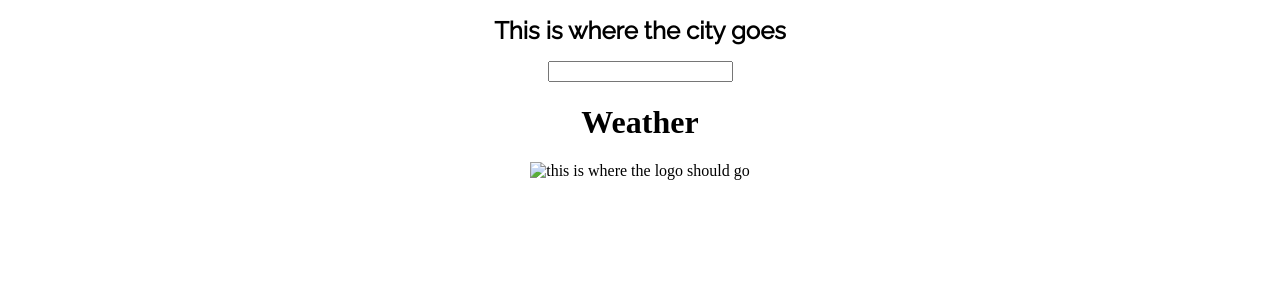
Repository: Juliolikescoding/js_weather
Page: index.html
These files come from the project's save history. The page is drawn as it stood at one moment and after the next save; the edit follows.
The browser window is 1280 px wide. The pictures show the whole page.

Above is the page before, as saved 2018-05-22 20:22:50.

### index.html
<!DOCTYPE html>
<html lang="en">
<head>
    <meta charset="UTF-8">
    <meta name="viewport" content="width=device-width, initial-scale=1.0">
    <meta http-equiv="X-UA-Compatible" content="ie=edge">
    <link href="https://fonts.googleapis.com/css?family=Raleway" rel="stylesheet">
    <link rel="stylesheet" href="style/main.css">
    <title>Weather App</title>
</head>
<body>
    <h1 class="cityTitle">This is where the city goes</h1>
    <input type="text" class="zip">
    <h1>Weather</h1>
    <div class="weather"></div>
    <img src="" alt="this is where the logo should go" class="icon">
    <script src="js/main.js"></script>
</body>
</html>

### style/main.css
body{
    padding: 0;
    margin: 0;
    text-align: center;
}

.cityTitle{
    font-size: 24px;
    font-family: 'Raleway', sans-serif;
}

Loaded but not shown: js/main.js (no copy from this time; the picture is the same without it)

After the next save:
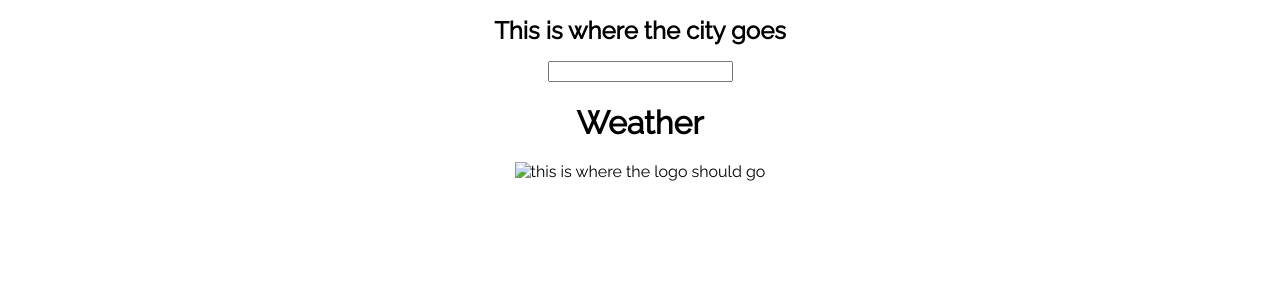
Saved 4 s later.
--- a/style/main.css
+++ b/style/main.css
@@ -2,9 +2,10 @@
     padding: 0;
     margin: 0;
     text-align: center;
+    font-family: 'Raleway', sans-serif;
 }
 
 .cityTitle{
     font-size: 24px;
-    font-family: 'Raleway', sans-serif;
+
 }
